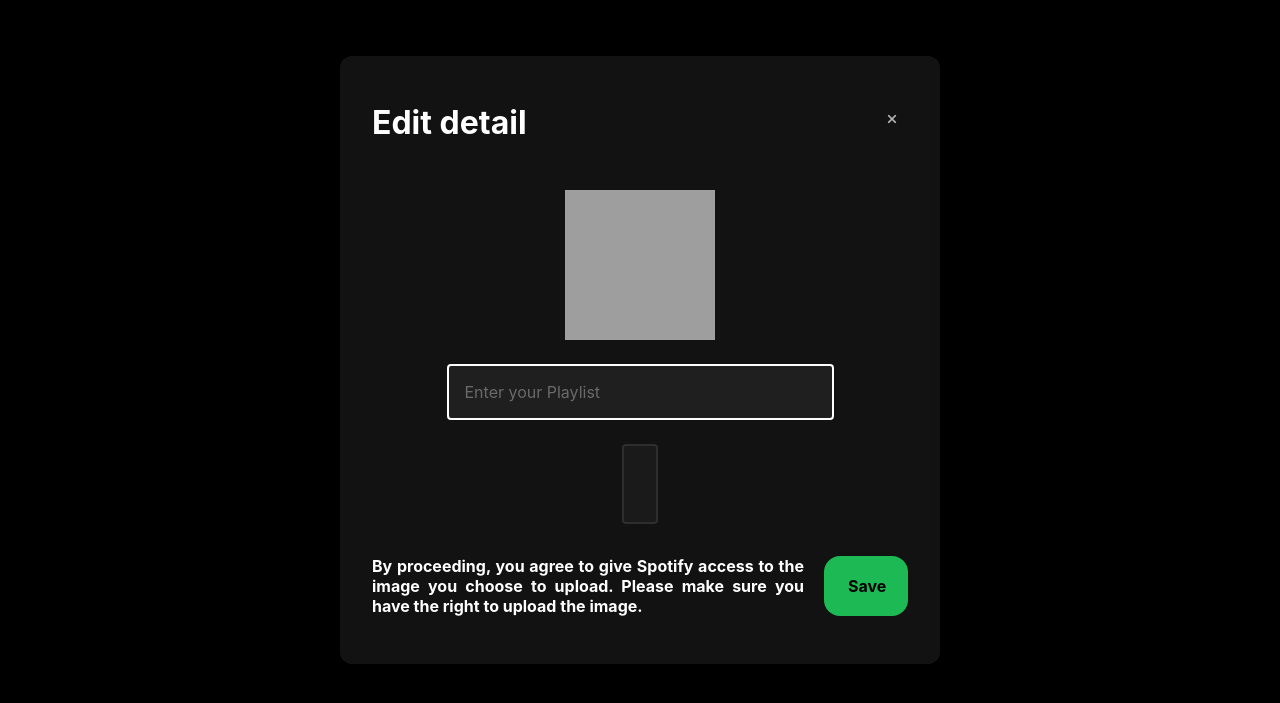
Repository: lannguyen1301/f8-zoom-module2
Page: nhap.html
These files come from the project's save history. The page is drawn as it stood at one moment and after the next save; the edit follows.
The browser window is 1280 px wide. The pictures show the whole page.
Pictures or frames that could not be fetched are drawn as grey boxes.

Above is the page before, as saved 2025-08-15 23:38:22.

After the next save:
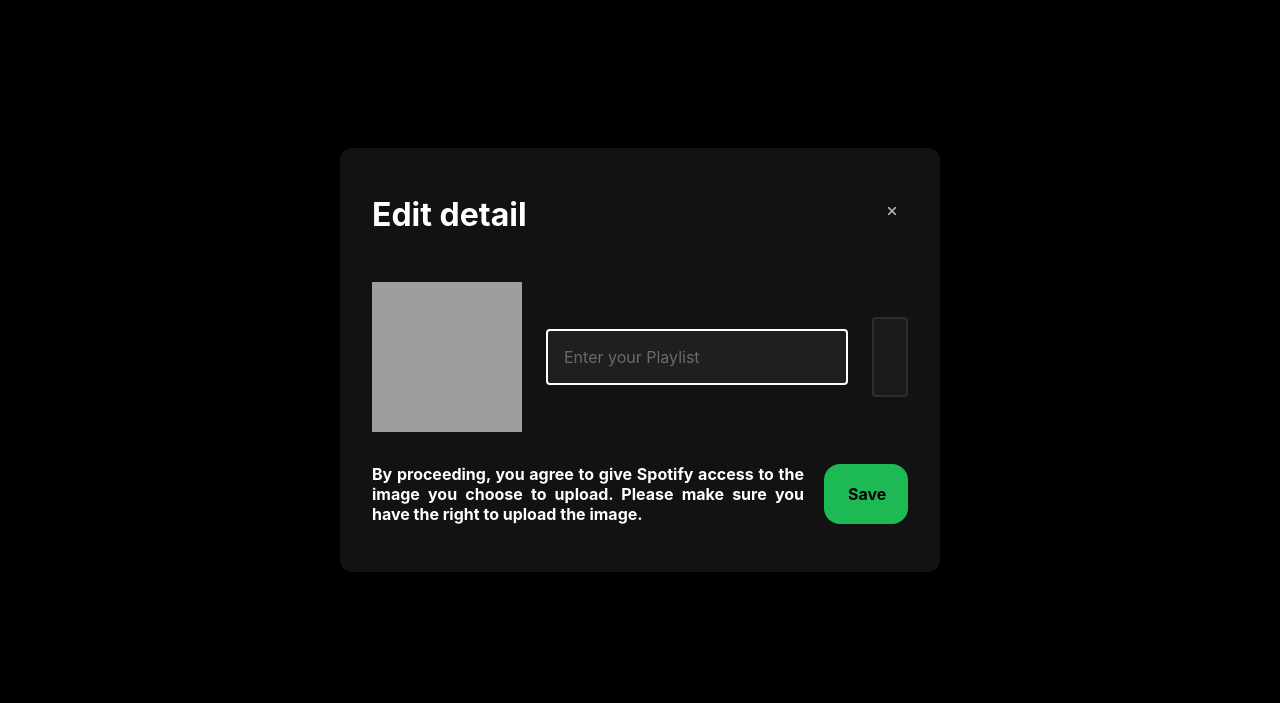
Saved 20 s later.
--- a/nhap.html
+++ b/nhap.html
@@ -42,6 +42,7 @@
             display: flex;
             align-items: center;
             justify-content: center;
+            flex-direction: row;
         }
 
         .profile-group {
